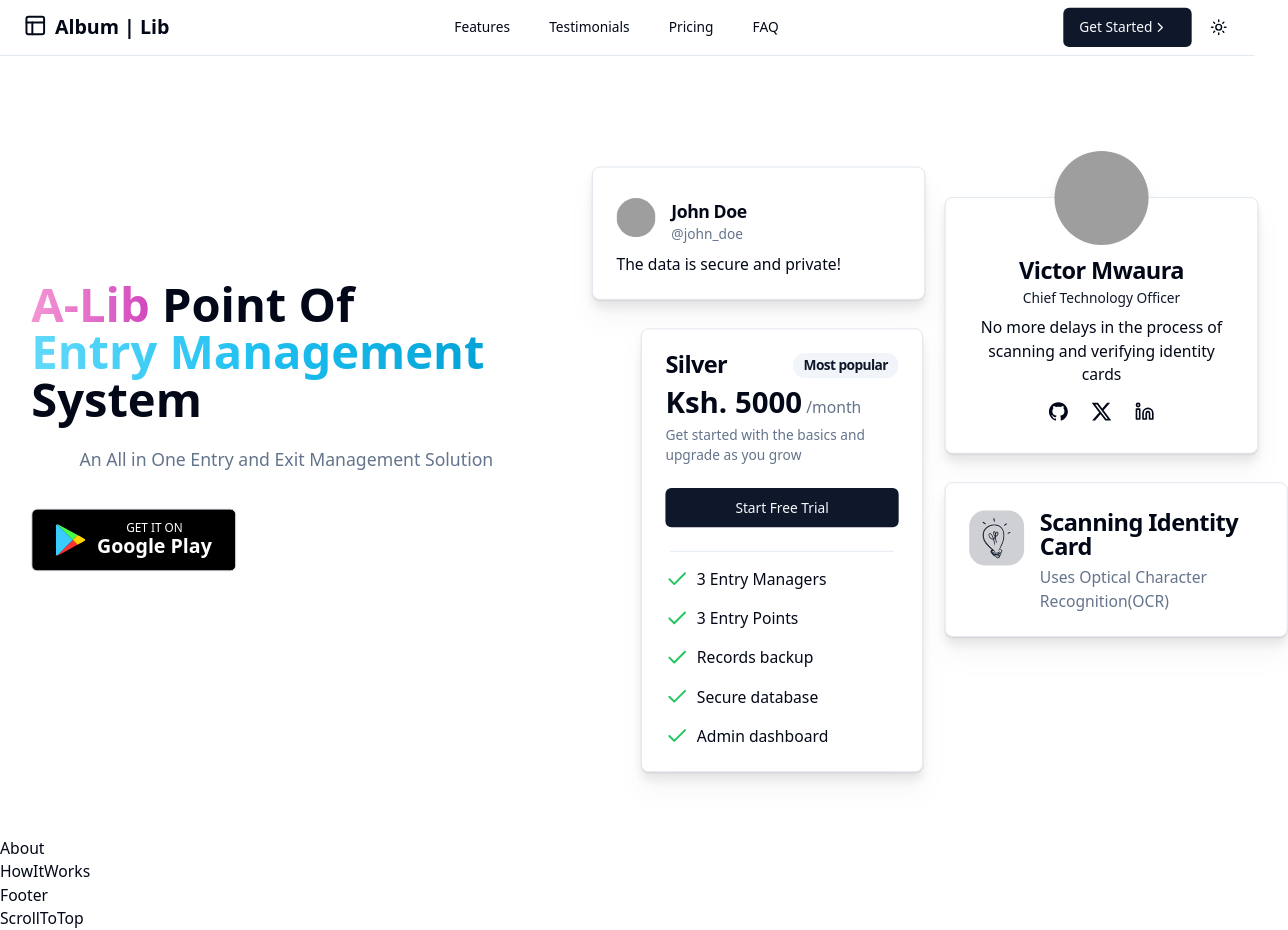
Repository: DevLaukey/savannah-informatics-test
Page: /
An editor plug-in stored every save of this project. The page is shown before and after the next save, followed by the edit.
The browser window is 1280 px wide. The page is 1314 px wide, so the pictures cover 1314 px, including what lies to the right of the window. The pictures show the whole page, at 98% of full size.
Pictures or frames that could not be fetched are drawn as grey boxes. The project was rebuilt for these pictures with package versions that can differ from the ones it lists, and the page was loaded fresh each time. The framework's server and built-in components were replaced by stand-ins that run in the browser. Also part of the build but not shown: next.config.mjs.

Above is the page before, as saved 2024-06-04 21:53:08.

### app/layout.jsx
import "./globals.css";
import { Inter as FontSans } from "next/font/google";

import { cn } from "@/lib/utils";
import { ThemeProvider } from "@/lib/theme-provider";

const fontSans = FontSans({
  subsets: ["latin"],
  variable: "--font-sans",
});

export default function RootLayout({ children }) {
  return (
    <html lang="en" suppressHydrationWarning>
      <head />
      <body
        className={cn(
          "min-h-screen bg-background font-sans antialiased",
          fontSans.variable
        )}
      >
        <ThemeProvider
          attribute="class"
          defaultTheme="system"
          enableSystem
          disableTransitionOnChange
        >
          {children}
        </ThemeProvider>
      </body>
    </html>
  );
}

### app/page.jsx
import Footer from "@/components/Footer";
import About from "@/components/landing-page/About";
import Hero from "@/components/landing-page/Hero";
import HowItWorks from "@/components/landing-page/HowItWorks";
import Navbar from "@/components/Navbar";
import ScrollToTop from "@/components/ScrollToTop";


// this is the landing page
export default function Home() {
  return (
    <>
      <Navbar />
      <Hero />
      <About />
      <HowItWorks />
      <Footer />
      <ScrollToTop />
    </>
  );
}

### components/landing-page/Hero.jsx
import { HeroCards } from "./HeroCards";
import { buttonVariants } from "@/components/ui/button";

const Hero = () => {
  return (
    <section className="container grid grid-cols-1 md:grid-cols-2 place-items-center py-20 md:py-32 gap-10">
      <div className="text-center md:text-left space-y-6">
        <main className="text-3xl md:text-5xl font-bold">
          <h1 className="inline-block">
            <span className="inline bg-gradient-to-r from-[#F596D3] to-[#D247BF] text-transparent bg-clip-text">
             A-Lib
            </span>{" "}
            Point
          </h1>{" "}
          Of{" "}
          <h2 className="inline-block">
            <span className="inline bg-gradient-to-r from-[#61DAFB] via-[#1fc0f1] to-[#03a3d7] text-transparent bg-clip-text">
              Entry Management
            </span>{" "}
            System
          </h2>
        </main>

        <p className="text-lg text-muted-foreground md:w-10/12 mx-auto">
          An All in One Entry and Exit Management Solution
        </p>

        <div className="space-y-4 md:space-y-0 md:space-x-4">
          <button
            type="button"
            className={`flex items-center justify-center w-full md:w-auto mt-3 text-white bg-black rounded-lg h-14 md:h-16 px-6 ${buttonVariants(
              {
                variant: "outline",
              }
            )}`}
          >
            <div className="mr-3">
              <svg viewBox="30 336.7 120.9 129.2" width="30">
                <path
                  fill="#FFD400"
                  d="M119.2,421.2c15.3-8.4,27-14.8,28-15.3c3.2-1.7,6.5-6.2,0-9.7  c-2.1-1.1-13.4-7.3-28-15.3l-20.1,20.2L119.2,421.2z"
                ></path>
                <path
                  fill="#FF3333"
                  d="M99.1,401.1l-64.2,64.7c1.5,0.2,3.2-0.2,5.2-1.3  c4.2-2.3,48.8-26.7,79.1-43.3L99.1,401.1L99.1,401.1z"
                ></path>
                <path
                  fill="#48FF48"
                  d="M99.1,401.1l20.1-20.2c0,0-74.6-40.7-79.1-43.1  c-1.7-1-3.6-1.3-5.3-1L99.1,401.1z"
                ></path>
                <path
                  fill="#3BCCFF"
                  d="M99.1,401.1l-64.3-64.3c-2.6,0.6-4.8,2.9-4.8,7.6  c0,7.5,0,107.5,0,113.8c0,4.3,1.7,7.4,4.9,7.7L99.1,401.1z"
                ></path>
              </svg>
            </div>
            <div>
              <div className="text-xs">GET IT ON</div>
              <div className="-mt-1 font-sans text-base md:text-xl font-semibold">
                Google Play
              </div>
            </div>
          </button>
        </div>
      </div>

      {/* Hero cards sections */}
      <div className="z-10">
        <HeroCards />
      </div>

      {/* Shadow effect */}
      <div className="shadow"></div>
    </section>
  );
};

export default Hero;

### components/landing-page/HowItWorks.jsx
import React from 'react'

function HowItWorks() {
  return (
    <div>HowItWorks</div>
  )
}

export default HowItWorks

### components/Navbar.jsx
"use client";
import React, { useState } from "react";
import {
  NavigationMenu,
  NavigationMenuItem,
  NavigationMenuList,
} from "@/components/ui/navigation-menu";
import {
  Sheet,
  SheetContent,
  SheetHeader,
  SheetTitle,
  SheetTrigger,
} from "@/components/ui/sheet";
import { Button, buttonVariants } from "./ui/button";
import { ChevronRight, Menu } from "lucide-react";
import ModeToggle from "./mode-toggle";
import { LogoIcon } from "./Icons";

const routeList = [
  {
    href: "#features",
    label: "Features",
  },
  {
    href: "#testimonials",
    label: "Testimonials",
  },
  {
    href: "#pricing",
    label: "Pricing",
  },
  {
    href: "#faq",
    label: "FAQ",
  },
];

const Navbar = () => {
  const [isOpen, setIsOpen] = useState(false);
  return (
    <header className="sticky border-b-[1px] top-0 z-40 w-full bg-white dark:border-b-slate-700 dark:bg-background">
      <NavigationMenu className="mx-auto">
        <NavigationMenuList className="container h-14 px-4 w-screen flex justify-between">
          <NavigationMenuItem className="font-bold flex">
            <a
              rel="noreferrer noopener"
              href="/"
              className="ml-2 font-bold text-xl flex"
            >
              <LogoIcon />
              Album | Lib
            </a>
          </NavigationMenuItem>

          {/* mobile */}
          <span className="flex md:hidden">
            <ModeToggle />

            <Sheet open={isOpen} onOpenChange={setIsOpen}>
              <SheetTrigger className="px-2">
                <Menu
                  className="flex md:hidden h-5 w-5"
                  onClick={() => setIsOpen(true)}
                >
                  <span className="sr-only">Menu Icon</span>
                </Menu>
              </SheetTrigger>

              <SheetContent side={"left"}>
                <SheetHeader>
                  <SheetTitle className="font-bold text-xl">
                    Shadcn/React
                  </SheetTitle>
                </SheetHeader>
                <nav className="flex flex-col justify-center items-center gap-2 mt-4">
                  {routeList.map(({ href, label }) => (
                    <a
                      rel="noreferrer noopener"
                      key={label}
                      href={href}
                      onClick={() => setIsOpen(false)}
                      className={buttonVariants({ variant: "ghost" })}
                    >
                      {label}
                    </a>
                  ))}
                  <Button>
                    Get Started
                    <ChevronRight className="mr-2 h-4 w-4" />
                  </Button>
                </nav>
              </SheetContent>
            </Sheet>
          </span>

          {/* desktop */}
          <nav className="hidden md:flex gap-2">
            {routeList.map((route, i) => (
              <a
                rel="noreferrer noopener"
                href={route.href}
                key={i}
                className={`text-[17px] ${buttonVariants({
                  variant: "ghost",
                })}`}
              >
                {route.label}
              </a>
            ))}
          </nav>

          <div className="hidden md:flex gap-2">
            <Button>
              Get Started
              <ChevronRight className="mr-2 h-4 w-4" />
            </Button>
            <ModeToggle />
          </div>
        </NavigationMenuList>
      </NavigationMenu>
    </header>
  );
};
export default Navbar;

### components/ScrollToTop.jsx
import React from 'react'

function ScrollToTop() {
  return (
    <div>ScrollToTop</div>
  )
}

export default ScrollToTop

### components/ui/button.jsx
import * as React from "react"
import { Slot } from "@radix-ui/react-slot"
import { cva } from "class-variance-authority";

import { cn } from "@/lib/utils"

const buttonVariants = cva(
  "inline-flex items-center justify-center whitespace-nowrap rounded-md text-sm font-medium ring-offset-background transition-colors focus-visible:outline-none focus-visible:ring-2 focus-visible:ring-ring focus-visible:ring-offset-2 disabled:pointer-events-none disabled:opacity-50",
  {
    variants: {
      variant: {
        default: "bg-primary text-primary-foreground hover:bg-primary/90",
        destructive:
          "bg-destructive text-destructive-foreground hover:bg-destructive/90",
        outline:
          "border border-input bg-background hover:bg-accent hover:text-accent-foreground",
        secondary:
          "bg-secondary text-secondary-foreground hover:bg-secondary/80",
        ghost: "hover:bg-accent hover:text-accent-foreground",
        link: "text-primary underline-offset-4 hover:underline",
      },
      size: {
        default: "h-10 px-4 py-2",
        sm: "h-9 rounded-md px-3",
        lg: "h-11 rounded-md px-8",
        icon: "h-10 w-10",
      },
    },
    defaultVariants: {
      variant: "default",
      size: "default",
    },
  }
)

const Button = React.forwardRef(({ className, variant, size, asChild = false, ...props }, ref) => {
  const Comp = asChild ? Slot : "button"
  return (
    (<Comp
      className={cn(buttonVariants({ variant, size, className }))}
      ref={ref}
      {...props} />)
  );
})
Button.displayName = "Button"

export { Button, buttonVariants }

### components/ui/sheet.jsx
"use client";
import * as React from "react"
import * as SheetPrimitive from "@radix-ui/react-dialog"
import { cva } from "class-variance-authority";
import { X } from "lucide-react"

import { cn } from "@/lib/utils"

const Sheet = SheetPrimitive.Root

const SheetTrigger = SheetPrimitive.Trigger

const SheetClose = SheetPrimitive.Close

const SheetPortal = SheetPrimitive.Portal

const SheetOverlay = React.forwardRef(({ className, ...props }, ref) => (
  <SheetPrimitive.Overlay
    className={cn(
      "fixed inset-0 z-50 bg-black/80  data-[state=open]:animate-in data-[state=closed]:animate-out data-[state=closed]:fade-out-0 data-[state=open]:fade-in-0",
      className
    )}
    {...props}
    ref={ref} />
))
SheetOverlay.displayName = SheetPrimitive.Overlay.displayName

const sheetVariants = cva(
  "fixed z-50 gap-4 bg-background p-6 shadow-lg transition ease-in-out data-[state=open]:animate-in data-[state=closed]:animate-out data-[state=closed]:duration-300 data-[state=open]:duration-500",
  {
    variants: {
      side: {
        top: "inset-x-0 top-0 border-b data-[state=closed]:slide-out-to-top data-[state=open]:slide-in-from-top",
        bottom:
          "inset-x-0 bottom-0 border-t data-[state=closed]:slide-out-to-bottom data-[state=open]:slide-in-from-bottom",
        left: "inset-y-0 left-0 h-full w-3/4 border-r data-[state=closed]:slide-out-to-left data-[state=open]:slide-in-from-left sm:max-w-sm",
        right:
          "inset-y-0 right-0 h-full w-3/4  border-l data-[state=closed]:slide-out-to-right data-[state=open]:slide-in-from-right sm:max-w-sm",
      },
    },
    defaultVariants: {
      side: "right",
    },
  }
)

const SheetContent = React.forwardRef(({ side = "right", className, children, ...props }, ref) => (
  <SheetPortal>
    <SheetOverlay />
    <SheetPrimitive.Content ref={ref} className={cn(sheetVariants({ side }), className)} {...props}>
      {children}
      <SheetPrimitive.Close
        className="absolute right-4 top-4 rounded-sm opacity-70 ring-offset-background transition-opacity hover:opacity-100 focus:outline-none focus:ring-2 focus:ring-ring focus:ring-offset-2 disabled:pointer-events-none data-[state=open]:bg-secondary">
        <X className="h-4 w-4" />
        <span className="sr-only">Close</span>
      </SheetPrimitive.Close>
    </SheetPrimitive.Content>
  </SheetPortal>
))
SheetContent.displayName = SheetPrimitive.Content.displayName

const SheetHeader = ({
  className,
  ...props
}) => (
  <div
    className={cn("flex flex-col space-y-2 text-center sm:text-left", className)}
    {...props} />
)
SheetHeader.displayName = "SheetHeader"

const SheetFooter = ({
  className,
  ...props
}) => (
  <div
    className={cn("flex flex-col-reverse sm:flex-row sm:justify-end sm:space-x-2", className)}
    {...props} />
)
SheetFooter.displayName = "SheetFooter"

const SheetTitle = React.forwardRef(({ className, ...props }, ref) => (
  <SheetPrimitive.Title
    ref={ref}
    className={cn("text-lg font-semibold text-foreground", className)}
    {...props} />
))
SheetTitle.displayName = SheetPrimitive.Title.displayName

const SheetDescription = React.forwardRef(({ className, ...props }, ref) => (
  <SheetPrimitive.Description
    ref={ref}
    className={cn("text-sm text-muted-foreground", className)}
    {...props} />
))
SheetDescription.displayName = SheetPrimitive.Description.displayName

export {
  Sheet,
  SheetPortal,
  SheetOverlay,
  SheetTrigger,
  SheetClose,
  SheetContent,
  SheetHeader,
  SheetFooter,
  SheetTitle,
  SheetDescription,
}

### components/mode-toggle.jsx
import React from "react";
import { Button } from "@/components/ui/button";
import {
  DropdownMenu,
  DropdownMenuContent,
  DropdownMenuItem,
  DropdownMenuTrigger,
} from "@/components/ui/dropdown-menu";
import { useTheme } from "@/lib/theme-provider";
import { Moon, Sun } from "lucide-react";

export default function ModeToggle() {
  const { setTheme } = useTheme();

  return (
    <DropdownMenu>
      <DropdownMenuTrigger asChild>
        <Button variant="ghost" size="icon" className="ghost">
          <Sun className="h-[1.1rem] w-[1.2rem] rotate-0 scale-100 transition-all dark:-rotate-90 dark:scale-0" />
          <Moon className="absolute h-[1.1rem] w-[1.2rem] rotate-90 scale-0 transition-all dark:rotate-0 dark:scale-100" />
          <span className="sr-only">Toggle theme</span>
        </Button>
      </DropdownMenuTrigger>
      <DropdownMenuContent align="end">
        <DropdownMenuItem onClick={() => setTheme("light")}>
          Light
        </DropdownMenuItem>
        <DropdownMenuItem onClick={() => setTheme("dark")}>
          Dark
        </DropdownMenuItem>
        <DropdownMenuItem onClick={() => setTheme("system")}>
          System
        </DropdownMenuItem>
      </DropdownMenuContent>
    </DropdownMenu>
  );
}

### components/Icons.jsx
export const LogoIcon = () => {
  return (
    <svg
      xmlns="http://www.w3.org/2000/svg"
      viewBox="0 0 24 24"
      fill="none"
      stroke="currentColor"
      strokeWidth="2"
      strokeLinecap="round"
      strokeLinejoin="round"
      className="lucide lucide-panels-top-left mr-2 w-6 h-6"
    >
      <rect width="18" height="18" x="3" y="3" rx="2" />
      <path d="M3 9h18" />
      <path d="M9 21V9" />
    </svg>
  );
};

### components/ui/avatar.jsx
"use client"

import * as React from "react"
import * as AvatarPrimitive from "@radix-ui/react-avatar"

import { cn } from "@/lib/utils"

const Avatar = React.forwardRef(({ className, ...props }, ref) => (
  <AvatarPrimitive.Root
    ref={ref}
    className={cn("relative flex h-10 w-10 shrink-0 overflow-hidden rounded-full", className)}
    {...props} />
))
Avatar.displayName = AvatarPrimitive.Root.displayName

const AvatarImage = React.forwardRef(({ className, ...props }, ref) => (
  <AvatarPrimitive.Image
    ref={ref}
    className={cn("aspect-square h-full w-full", className)}
    {...props} />
))
AvatarImage.displayName = AvatarPrimitive.Image.displayName

const AvatarFallback = React.forwardRef(({ className, ...props }, ref) => (
  <AvatarPrimitive.Fallback
    ref={ref}
    className={cn(
      "flex h-full w-full items-center justify-center rounded-full bg-muted",
      className
    )}
    {...props} />
))
AvatarFallback.displayName = AvatarPrimitive.Fallback.displayName

export { Avatar, AvatarImage, AvatarFallback }

### components/ui/badge.jsx
import * as React from "react"
import { cva } from "class-variance-authority";

import { cn } from "@/lib/utils"

const badgeVariants = cva(
  "inline-flex items-center rounded-full border px-2.5 py-0.5 text-xs font-semibold transition-colors focus:outline-none focus:ring-2 focus:ring-ring focus:ring-offset-2",
  {
    variants: {
      variant: {
        default:
          "border-transparent bg-primary text-primary-foreground hover:bg-primary/80",
        secondary:
          "border-transparent bg-secondary text-secondary-foreground hover:bg-secondary/80",
        destructive:
          "border-transparent bg-destructive text-destructive-foreground hover:bg-destructive/80",
        outline: "text-foreground",
      },
    },
    defaultVariants: {
      variant: "default",
    },
  }
)

function Badge({
  className,
  variant,
  ...props
}) {
  return (<div className={cn(badgeVariants({ variant }), className)} {...props} />);
}

export { Badge, badgeVariants }

### components/ui/card.jsx
import * as React from "react"

import { cn } from "@/lib/utils"

const Card = React.forwardRef(({ className, ...props }, ref) => (
  <div
    ref={ref}
    className={cn("rounded-lg border bg-card text-card-foreground shadow-sm", className)}
    {...props} />
))
Card.displayName = "Card"

const CardHeader = React.forwardRef(({ className, ...props }, ref) => (
  <div
    ref={ref}
    className={cn("flex flex-col space-y-1.5 p-6", className)}
    {...props} />
))
CardHeader.displayName = "CardHeader"

const CardTitle = React.forwardRef(({ className, ...props }, ref) => (
  <h3
    ref={ref}
    className={cn("text-2xl font-semibold leading-none tracking-tight", className)}
    {...props} />
))
CardTitle.displayName = "CardTitle"

const CardDescription = React.forwardRef(({ className, ...props }, ref) => (
  <p
    ref={ref}
    className={cn("text-sm text-muted-foreground", className)}
    {...props} />
))
CardDescription.displayName = "CardDescription"

const CardContent = React.forwardRef(({ className, ...props }, ref) => (
  <div ref={ref} className={cn("p-6 pt-0", className)} {...props} />
))
CardContent.displayName = "CardContent"

const CardFooter = React.forwardRef(({ className, ...props }, ref) => (
  <div
    ref={ref}
    className={cn("flex items-center p-6 pt-0", className)}
    {...props} />
))
CardFooter.displayName = "CardFooter"

export { Card, CardHeader, CardFooter, CardTitle, CardDescription, CardContent }

Loaded but not shown: app/globals.css (common file); lib/utils.js (common file); components/Footer.jsx (common file); components/landing-page/About.jsx (common file); tailwind.config.js (82 lines, source omitted); lib/theme-provider.js (60 lines, source omitted); components/landing-page/LightBulbIcon.jsx (73 lines, source omitted); components/ui/dropdown-menu.jsx (157 lines, source omitted); components/landing-page/HeroCards.jsx (164 lines, source omitted); components/ui/navigation-menu.jsx (104 lines, source omitted)

After the next save:
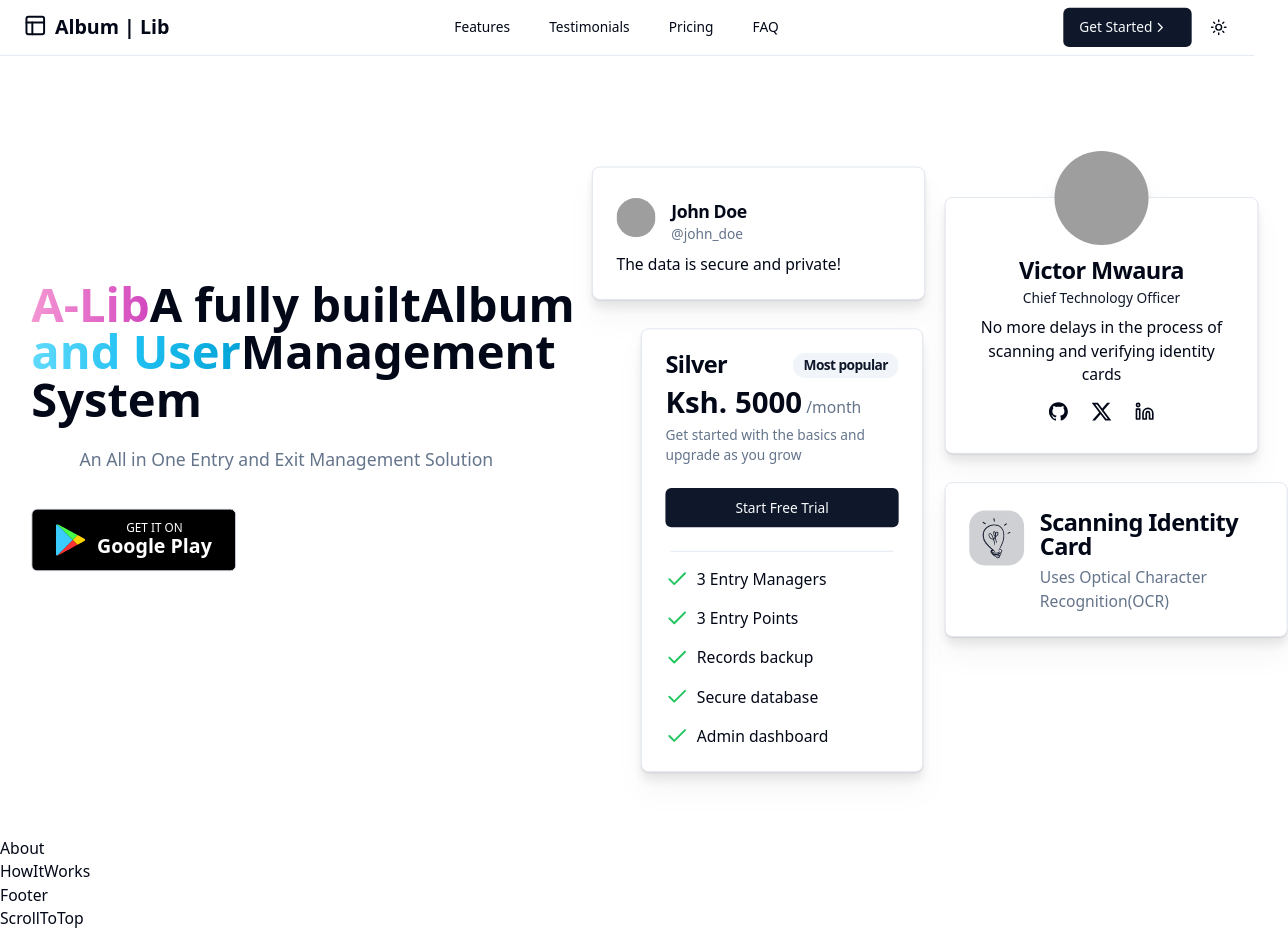
Saved 77 s later.
--- a/components/landing-page/Hero.jsx
+++ b/components/landing-page/Hero.jsx
@@ -8,16 +8,16 @@ const Hero = () => {
         <main className="text-3xl md:text-5xl font-bold">
           <h1 className="inline-block">
             <span className="inline bg-gradient-to-r from-[#F596D3] to-[#D247BF] text-transparent bg-clip-text">
-             A-Lib
-            </span>{" "}
-            Point
-          </h1>{" "}
-          Of{" "}
+              A-Lib
+            </span>
+            A fully built
+          </h1>
+          Album
           <h2 className="inline-block">
             <span className="inline bg-gradient-to-r from-[#61DAFB] via-[#1fc0f1] to-[#03a3d7] text-transparent bg-clip-text">
-              Entry Management
-            </span>{" "}
-            System
+              and User
+            </span>
+            Management System
           </h2>
         </main>
 
